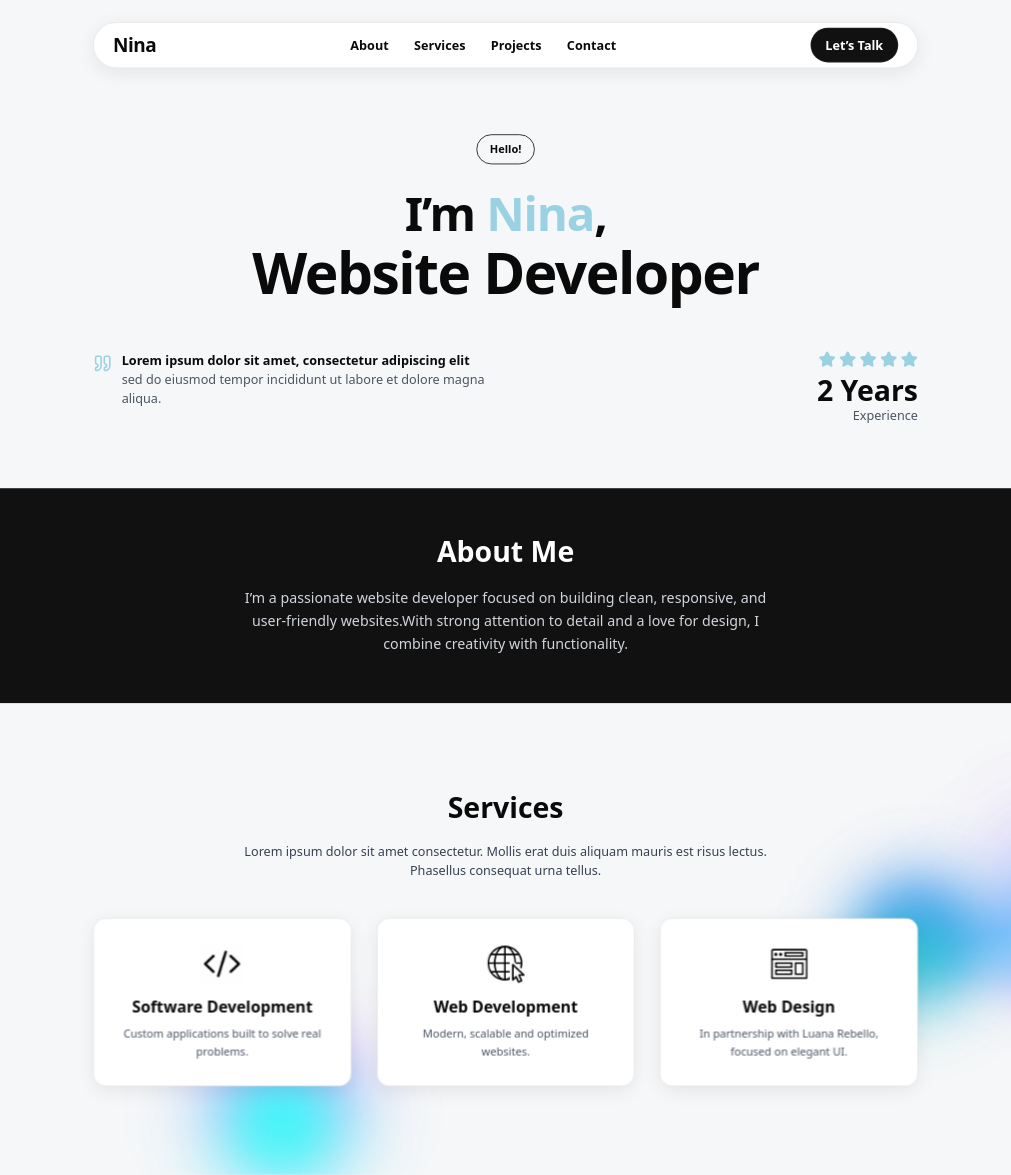
Repository: nina-rebello/portfolio
Page: /
The author's editor kept a copy of each file at every save. The page is drawn from the files as they stood at one save, then again after a run of saves.
The browser window is 1280 px wide. The pictures show the whole page, at 79% of full size.
The project was rebuilt for these pictures with package versions that can differ from the ones it lists, and the page was loaded fresh each time. The framework's server and built-in components were replaced by stand-ins that run in the browser. Also part of the build but not shown: next.config.ts.

Above is the page before, as saved 2025-09-11 16:00:41.

### app/page.tsx
// app/page.tsx
import Header from "@/components/header/Header";
import AboutMe from "@/components/sections/About";
import Hero from "@/components/sections/Hero";
import Services from "@/components/sections/Services";

export default function HomePage() {
  return (
    <>
      <Header />
      <main>
        <Hero />
        <AboutMe />
        <Services />
      </main>
    </>
  );
}

### app/globals.css
@import "tailwindcss";
/* app/(styles)/header.css */
:root{
  --bg:#f6f7f8;           /* fundo clarinho do mock */
  --ink:#0a0a0a;          /* texto principal */
  --muted:#4b5563;        /* texto secundário */
  --pill:#ffffff;         /* fundo do header/cta pill */
  --brand:#9ad1e3;        /* azul do “Nina” e estrelas */
}

html,body{background:var(--bg); color:var(--ink);}

/* helpers */
.container-hero{max-width:1100px; margin-inline:auto; padding-inline:clamp(16px,3vw,28px);}
.glass{
  background:var(--pill);
  border:1px solid rgba(0,0,0,.08);
  box-shadow:0 6px 24px rgba(0,0,0,.08);
}
.btn-pill{
  border-radius:9999px; padding:10px 18px; font-weight:600;
  background:#111; color:#fff; border:1px solid rgba(255,255,255,.1);
  transition:transform .15s ease, box-shadow .15s ease, opacity .2s ease;
}
.btn-pill:hover{ transform:translateY(-1px); box-shadow:0 8px 24px rgba(0,0,0,.18);}
.nav-link{ padding:10px 14px; border-radius:12px; font-weight:600; }
.nav-link:hover{ background:rgba(0,0,0,.04); }

### components/header/Header.tsx
"use client";

import Link from "next/link";
import { useState, useEffect } from "react";
import { Menu, X } from "lucide-react";

const NAV = [
  { label: "About", href: "#about" },
  { label: "Services", href: "#services" },
  { label: "Projects", href: "#projects" },
  { label: "Contact", href: "#contact" },
];

export default function Header() {
  const [open, setOpen] = useState(false);

  // fecha o menu ao navegar/scroll
  useEffect(() => {
    const close = () => setOpen(false);
    window.addEventListener("scroll", close);
    return () => window.removeEventListener("scroll", close);
  }, []);

  return (
    <header className="sticky top-7 z-50">
      <div className="container-hero">
        <div
          className="glass flex items-center justify-between rounded-[32px] px-4 sm:px-6 py-1.5"
          role="navigation"
          aria-label="Primary"
        >
          {/* logo / nome */}
          <Link href="/" className="font-bold tracking-tight text-xl sm:text-2xl">
            Nina
          </Link>

          {/* desktop nav */}
          <nav className="hidden md:flex items-center gap-1">
            {NAV.map((i) => (
              <a key={i.href} href={i.href} className="nav-link">
                {i.label}
              </a>
            ))}
          </nav>

          {/* CTA */}
          <div className="hidden md:block">
            <a href="#contact" className="btn-pill">Let’s Talk</a>
          </div>

          {/* mobile toggle */}
          <button
            aria-label="Abrir menu"
            className="md:hidden p-2 rounded-xl hover:bg-black/5"
            onClick={() => setOpen((v) => !v)}
          >
            {open ? <X /> : <Menu />}
          </button>
        </div>

        {/* mobile sheet */}
        {open && (
          <div className="md:hidden mt-2 glass rounded-3xl p-3">
            <nav className="grid gap-1">
              {NAV.map((i) => (
                <a
                  key={i.href}
                  href={i.href}
                  className="nav-link"
                  onClick={() => setOpen(false)}
                >
                  {i.label}
                </a>
              ))}
              <a href="#contact" className="btn-pill text-center mt-1">
                Let’s Talk
              </a>
            </nav>
          </div>
        )}
      </div>
    </header>
  );
}

### components/sections/About.tsx
export default function AboutMe() {
  return (
    <section id="about" className="bg-[#111] text-white  py-11 sm:py-15 mt-4 sm:mt-20">
      <div className="container-hero text-center">
        <h2 className="text-3xl sm:text-4xl font-extrabold mb-6">
          About Me
        </h2>
        <p className="max-w-2xl mx-auto text-lg text-gray-300 leading-relaxed">
          I’m a passionate website developer focused on building
          clean, responsive, and user-friendly websites.
          {/* <br /> */}
          With strong attention to detail and a love for design,
          I combine creativity with functionality.
        </p>
      </div>
    </section>
  );
}

### components/sections/Hero.tsx
import { Quote, Star } from "lucide-react";

function HelloBubble() {
  return (
    <div className="inline-flex items-center gap-2">
      <span className="inline-flex items-center justify-center rounded-full border px-4 py-2 text-sm font-semibold">
        Hello!
      </span>
    </div>
  );
}

export default function Hero() {
  return (
    <section className="pt-20 sm:pt-28">
      <div className="container-hero">
        {/* bloco principal */}
        <div className="text-center">
          <div className="mb-6 sm:mb-8">
            <HelloBubble />
          </div>

          <p className="text-4xl sm:text-5xl md:text-6xl font-bold tracking-tight">
            I’m{" "}
            <span style={{ color: "var(--brand)" }}>
              Nina
            </span>
            ,
          </p>
          <h1 className="mt-2 text-4xl sm:text-6xl md:text-7xl font-bold tracking-tight">
            Website Developer
          </h1>
        </div>

        {/* faixa inferior: quote esquerda / rating direita */}
        <div className="mt-16 grid grid-cols-1 md:grid-cols-2 gap-8 items-start">
          {/* quote */}
          <div className="flex gap-3">
            <div className="mt-1">
              <Quote className="text-[var(--brand)]" />
            </div>
            <div>
              <p className="font-semibold">
                Lorem ipsum dolor sit amet, consectetur adipiscing elit
              </p>
              <p className="text-[var(--muted)]">
                sed do eiusmod tempor incididunt ut labore et dolore magna aliqua.
              </p>
            </div>
          </div>

          {/* rating / experiência */}
          <div className="flex md:justify-end">
            <div className="text-right">
              <div className="flex justify-end gap-1 mb-2" aria-label="5 out of 5 stars">
                {Array.from({ length: 5 }).map((_, i) => (
                  <Star key={i} className="text-[var(--brand)]" fill="currentColor" size={22} />
                ))}
              </div>
              <div className="text-3xl sm:text-4xl font-bold">2 Years</div>
              <div className="text-[var(--muted)]">Experience</div>
            </div>
          </div>
        </div>
      </div>
    </section>
  );
}

### components/sections/Services.tsx
import Image from "next/image";
import { Code, Globe, Layout } from "lucide-react";

const services = [
  {
    icon: "/icons/icons8-source-code-96.png",
    title: "Software Development",
    desc: "Custom applications built to solve real problems.",
  },
  {
    icon: "/icons/icons8-internet-100.png",
    title: "Web Development",
    desc: "Modern, scalable and optimized websites.",
  },
  {
    icon: "/icons/icons8-web-100.png",
    title: "Web Design",
    desc: "In partnership with Luana Rebello, focused on elegant UI.",
  },
];
export default function Services() {
  return (
    <section id="services" className="relative overflow-hidden py-28">
      {/* === background gradients === */}
      <div className="absolute inset-0 z-0 pointer-events-none select-none">
        <Image
          src="/gradients/light-leak-blur-transparent-free-png.png"
          alt=""
          width={1400}
          height={1000}
          className="absolute -top-32 left-220 w-[1900px] opacity-80"
          priority
        />
        <Image
          src="/gradients/blur-gradient-purple.png"
          alt=""
          width={1200}
          height={1200}
          className="absolute -bottom-40 left-[8%] w-[520px] opacity-70"
        />
        <Image
          src="/gradients/blur-gradient.png"
          alt=""
          width={600}
          height={600}
          className="absolute top-24 -right-28 w-[460px] opacity-70"
        />
      </div>

      {/* === conteúdo (fica acima do fundo) === */}
      <div className="container-hero relative z-10 text-center">
        <h2 className="text-3xl sm:text-4xl font-extrabold mb-6">Services</h2>
        <p className="max-w-2xl mx-auto mb-12 text-gray-700">
          Lorem ipsum dolor sit amet consectetur. Mollis erat duis aliquam
          mauris est risus lectus. Phasellus consequat urna tellus.
        </p>

        <div className="grid gap-8 sm:grid-cols-2 lg:grid-cols-3">
          {services.map((s) => (
            <div
              key={s.title}
              className="glass p-8 rounded-2xl backdrop-blur-md hover:shadow-xl transition"
            >
              <Image
                src={s.icon}
                alt={s.title}
                width={50}
                height={50}
                className="mx-auto mb-4"
              />
              <h3 className="font-bold text-xl mb-2">{s.title}</h3>
              <p className="text-gray-600 text-sm leading-relaxed">{s.desc}</p>
            </div>
          ))}
        </div>
      </div>
    </section>
  );
}

Loaded but not shown: app/layout.tsx (common file)

After the next 3 saves:
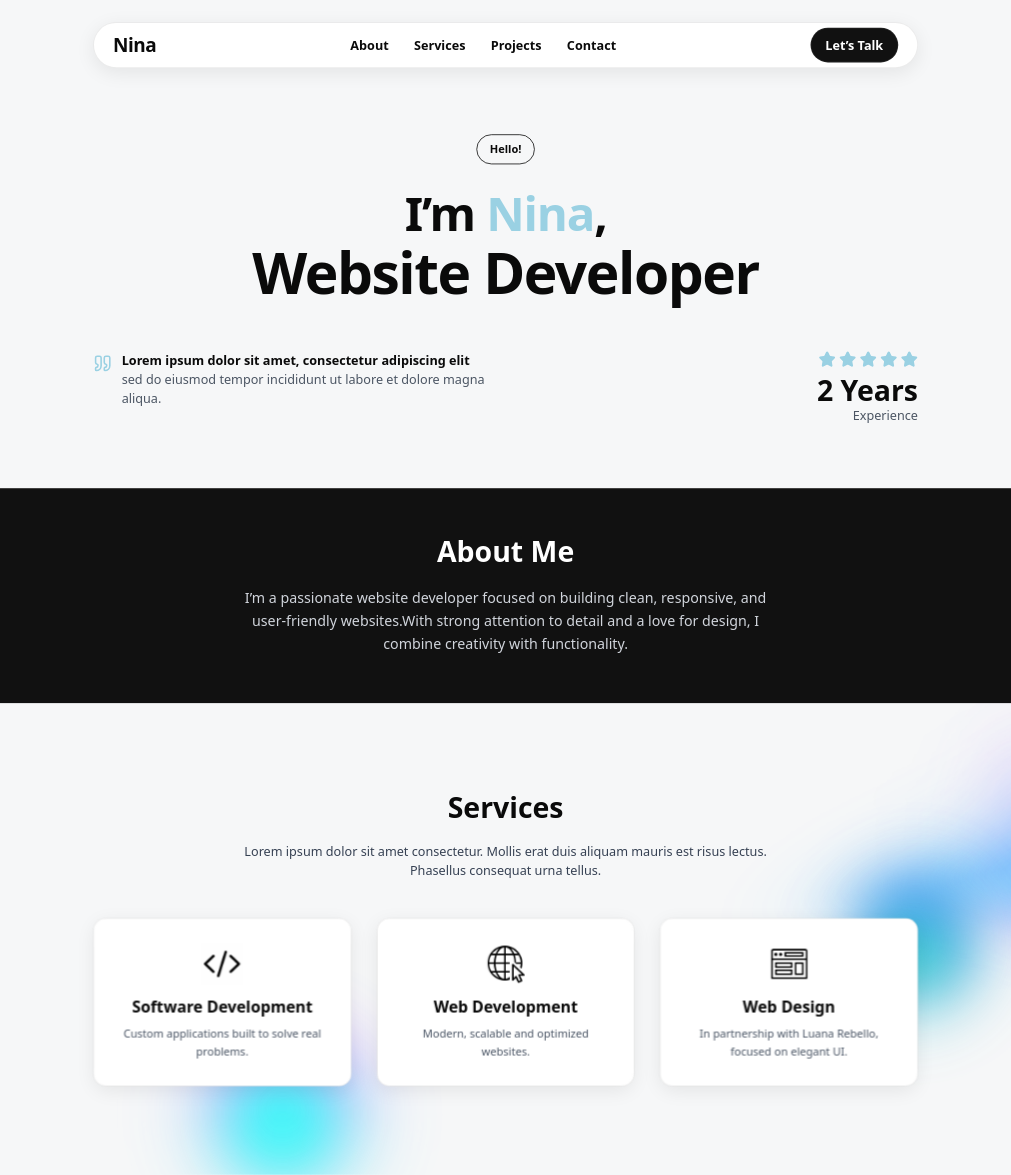
The 3 saves are shown as one change because they came seconds apart.
The last was saved 12 s later.
--- a/components/sections/Services.tsx
+++ b/components/sections/Services.tsx
@@ -28,7 +28,7 @@ export default function Services() {
           alt=""
           width={1400}
           height={1000}
-          className="absolute -top-32 left-220 w-[1900px] opacity-80"
+          className="absolute -top-52 left-220 w-[1900px] opacity-80"
           priority
         />
         <Image
